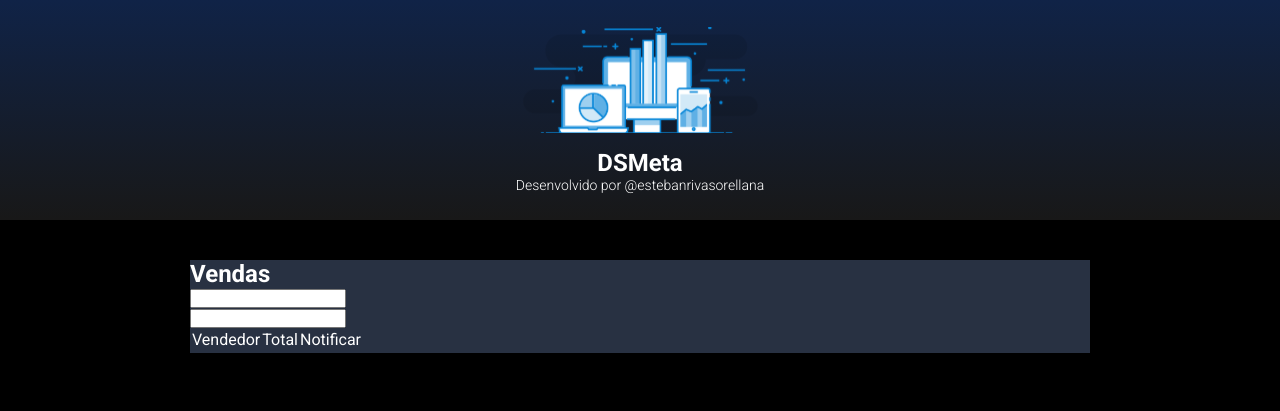
Repository: estebanrivas/dsmeta-css
Page: index.html
These files come from the project's save history. The page is drawn as it stood at one moment and after the next save; the edit follows.
The browser window is 1280 px wide. The pictures show the whole page.

Above is the page before, as saved 2022-09-08 21:37:38.

After the next save:
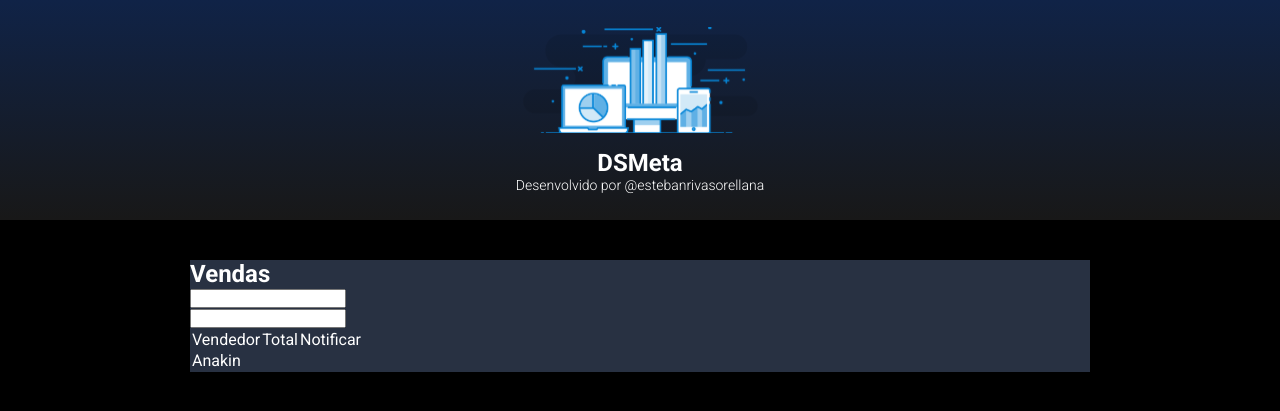
Saved 4 s later.
--- a/index.html
+++ b/index.html
@@ -47,7 +47,7 @@
                             </thead>
                             <tbody>
                                 <tr>
-                                    <td></td>
+                                    <td>Anakin</td>
                                     <td></td>
                                     <td></td>
                                 </tr>
